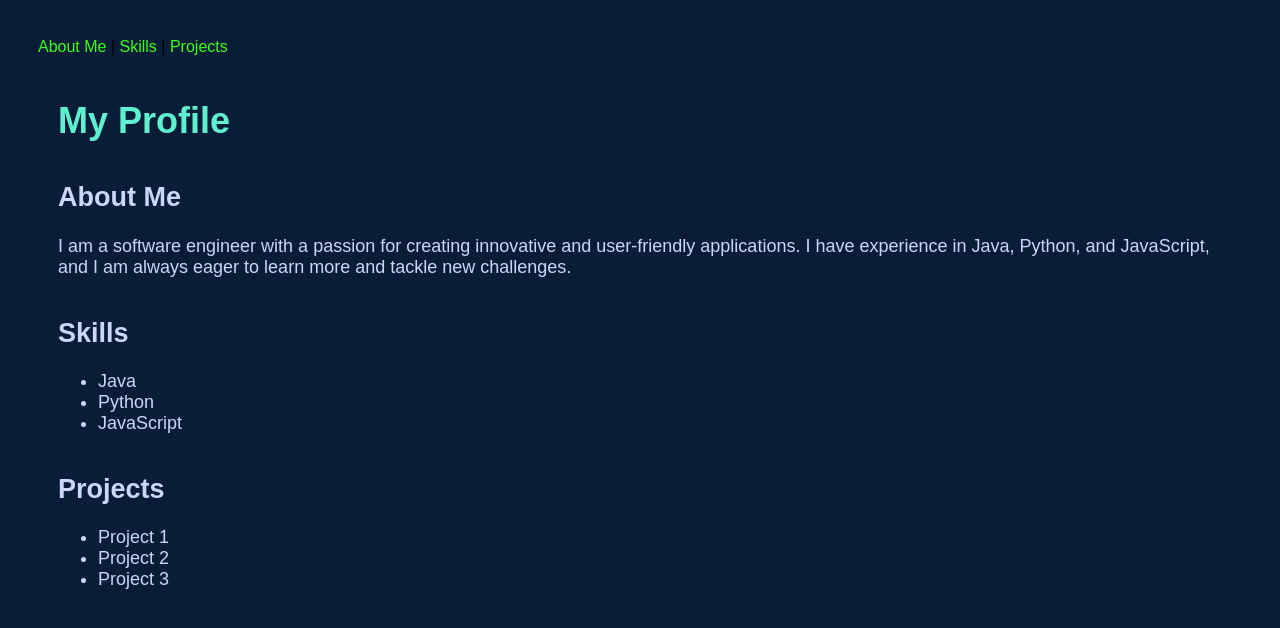
Repository: aoineco/portfolio
Page: index.html
An editor plug-in stored every save of this project. The page is shown before and after the next save, followed by the edit.
The browser window is 1280 px wide. The pictures show the whole page.

Above is the page before, as saved 2023-02-10 11:03:19.

After the next save:
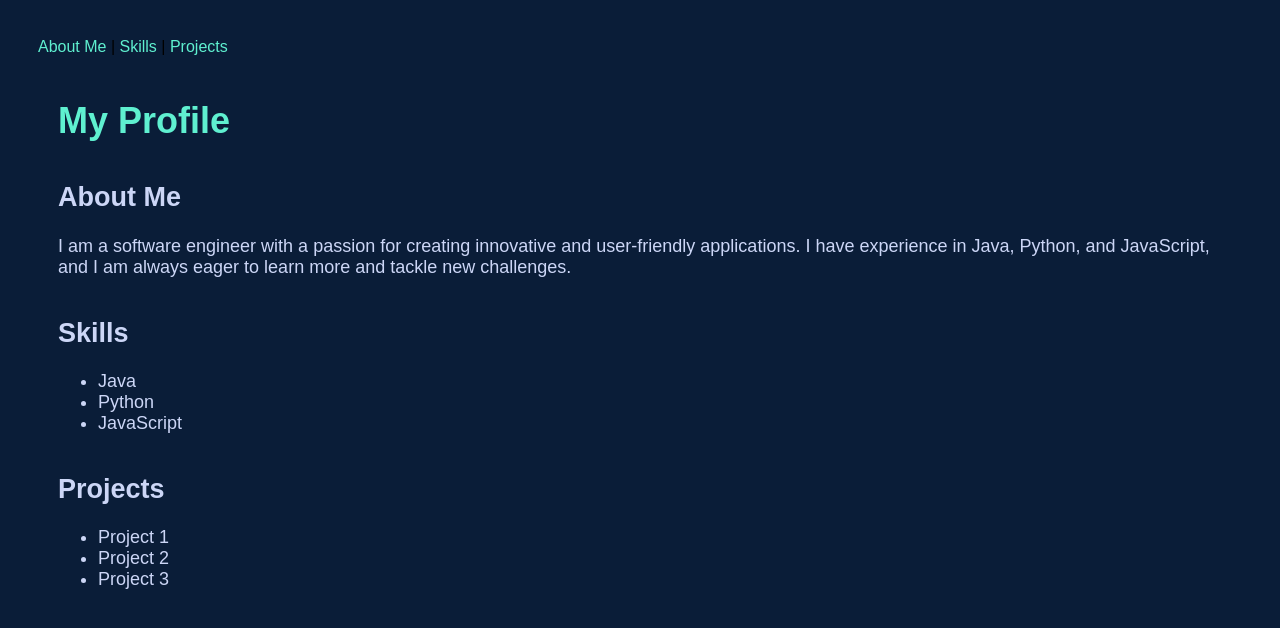
Saved 15 s later.
--- a/style.css
+++ b/style.css
@@ -15,7 +15,7 @@ section {
     color: #ccd6f6;
 }
 nav a {
-    color: #39ff14;
+    color: #5ff0d0;
     text-decoration: none;
 }
 
